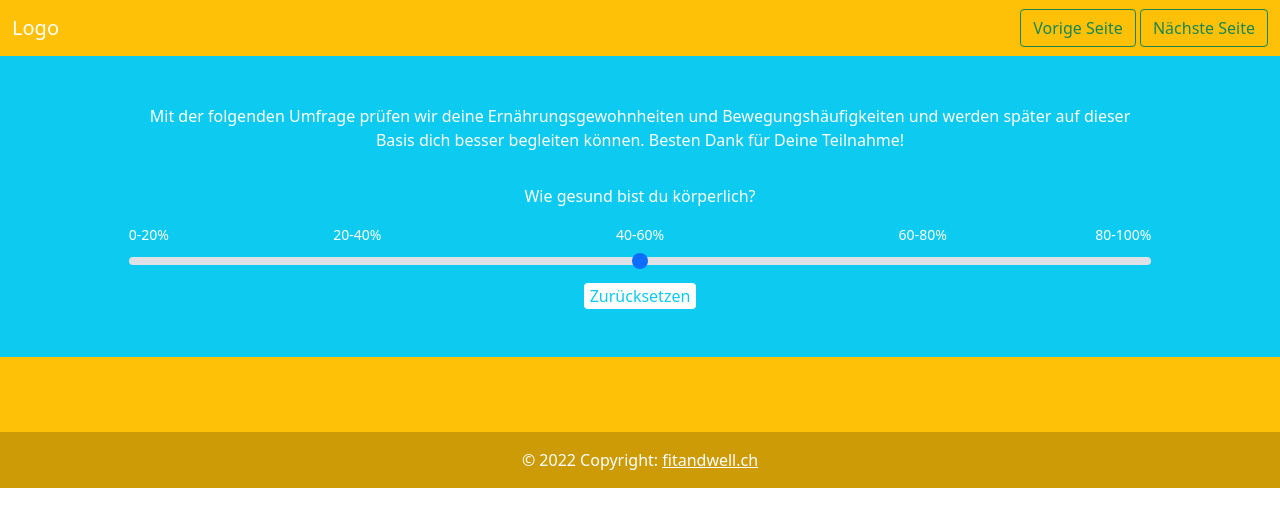
Repository: stephane71183101/Stephane-Personal-Health-Survey
Page: http://localhost/form-q01-start-page.php
These files come from the project's save history. The page is drawn as it stood at one moment and after the next save; the edit follows.
The browser window is 1280 px wide. The pictures show the whole page.
The page is run by PHP 8.4 with error messages shown; the project is at /var/www/html/.

Above is the page before, as saved 2022-03-15 22:45:55.

After the next save:
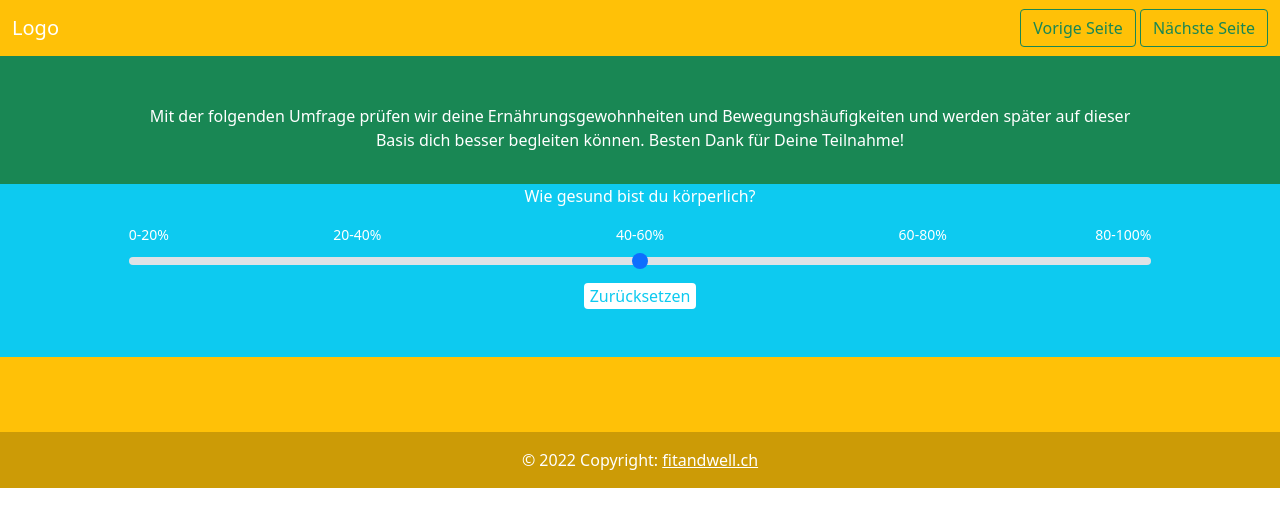
Saved 43 s later.
--- a/form-q01-start-page.php
+++ b/form-q01-start-page.php
@@ -24,7 +24,7 @@
 </header>
 
 <body>
-    <div class="container-fluid pt-5 pb-3 text-center text-white bg-info">
+    <div class="container-fluid pt-5 pb-3 text-center text-white bg-success">
         <div  class="container col-10">
         <p>Mit der folgenden Umfrage prüfen wir deine Ernährungsgewohnheiten und Bewegungshäufigkeiten und werden später auf dieser Basis dich besser begleiten können. Besten Dank für Deine Teilnahme!</p>
         </div>

After the save that followed:
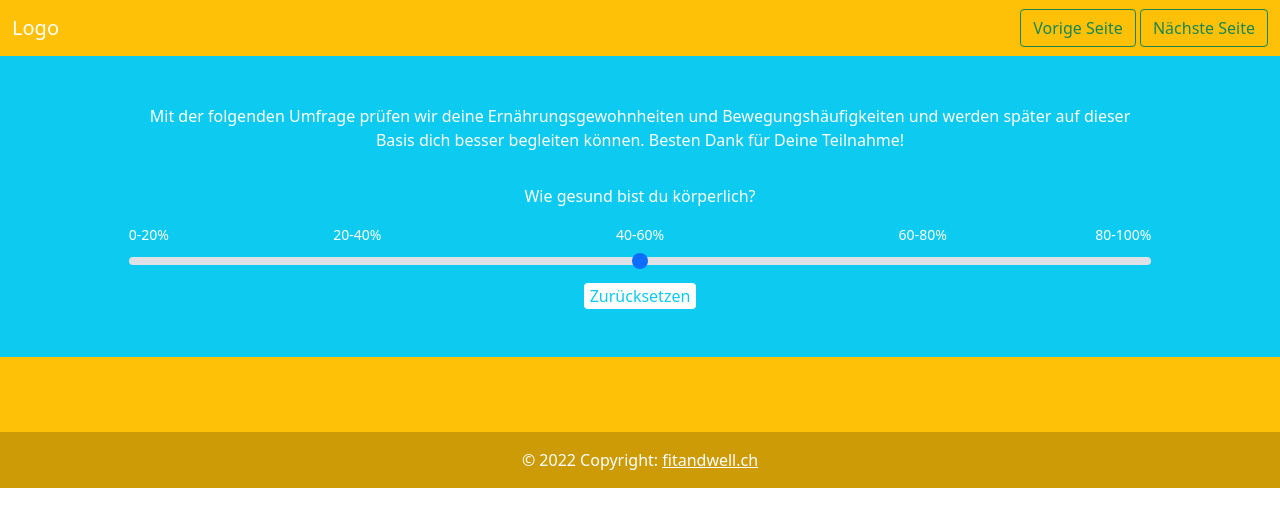
Saved 10 s later.
--- a/form-q01-start-page.php
+++ b/form-q01-start-page.php
@@ -24,7 +24,7 @@
 </header>
 
 <body>
-    <div class="container-fluid pt-5 pb-3 text-center text-white bg-success">
+    <div class="container-fluid pt-5 pb-3 text-center text-white bg-info">
         <div  class="container col-10">
         <p>Mit der folgenden Umfrage prüfen wir deine Ernährungsgewohnheiten und Bewegungshäufigkeiten und werden später auf dieser Basis dich besser begleiten können. Besten Dank für Deine Teilnahme!</p>
         </div>
